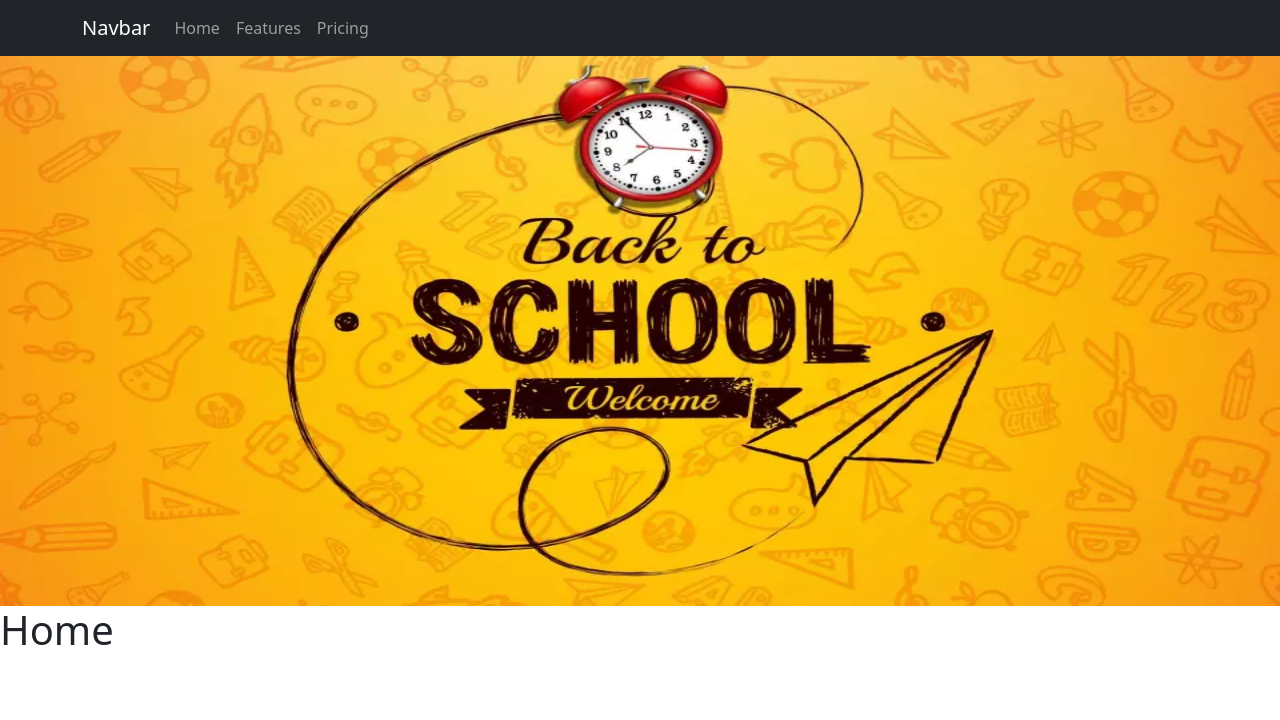
Repository: ankitgujre01/React-day-12
Page: / (app in crud/)
These files come from the project's save history. The page is drawn as it stood at one moment and after a run of saves; the edit follows.
The browser window is 1280 px wide. The pictures show the whole page.
The project was rebuilt for these pictures with package versions that can differ from the ones it lists, and the page was loaded fresh each time. Also part of the build but not shown: crud/vite.config.js, crud/src/css/style.css.

Above is the page before, as saved 2025-04-11 23:13:18.

After the next 3 saves:
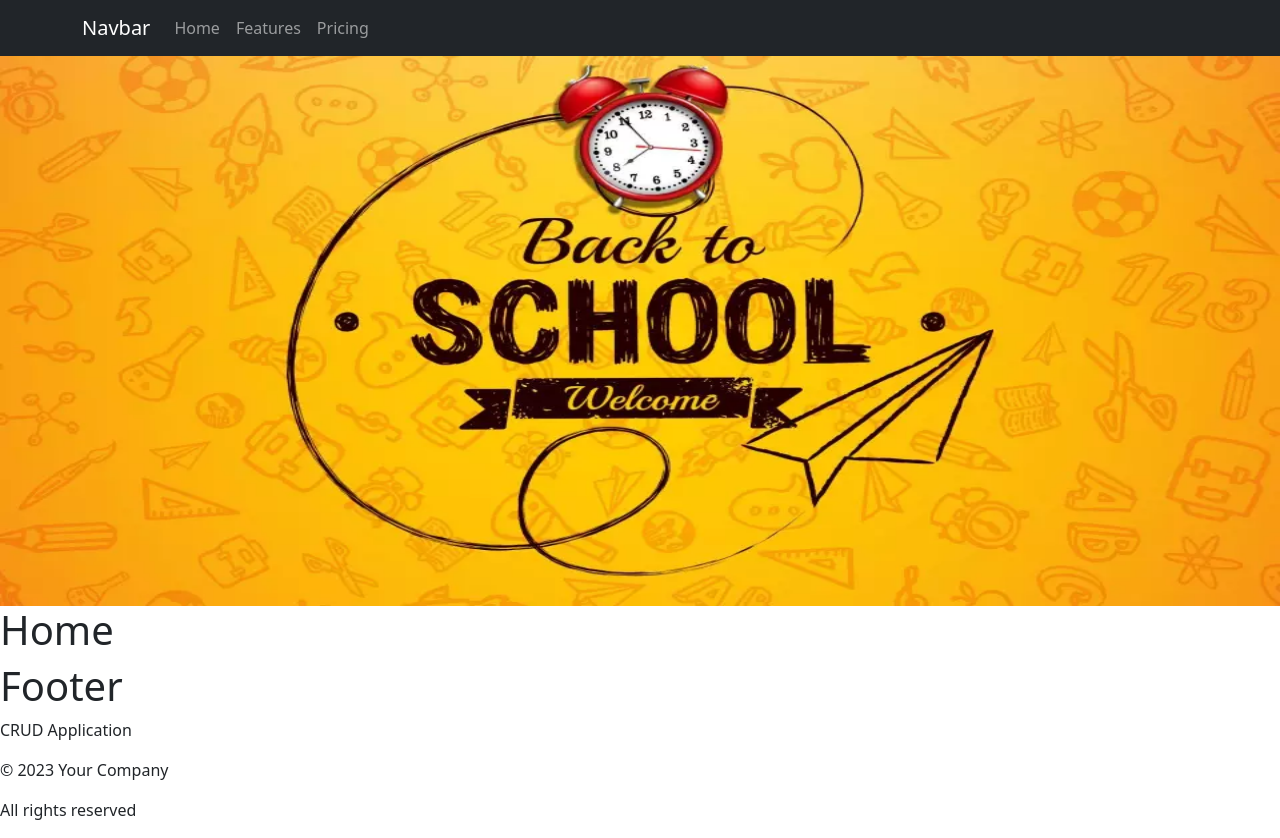
The 3 saves are shown as one change because they came seconds apart.
The last was saved 2 min 43 s later.
--- a/crud/src/Layout.jsx
+++ b/crud/src/Layout.jsx
@@ -1,12 +1,14 @@
 import { Outlet } from "react-router-dom";
 import TopNav from "./components/TopNav";
 import TopBanner from "./components/TopBanner";
+import Footer from "./components/Footer";
 const Layout = () => {
   return (
       <>
           <TopNav />
           <TopBanner/>
-          <Outlet/>
+          <Outlet />
+          <Footer/>
       </>
   )
 }
